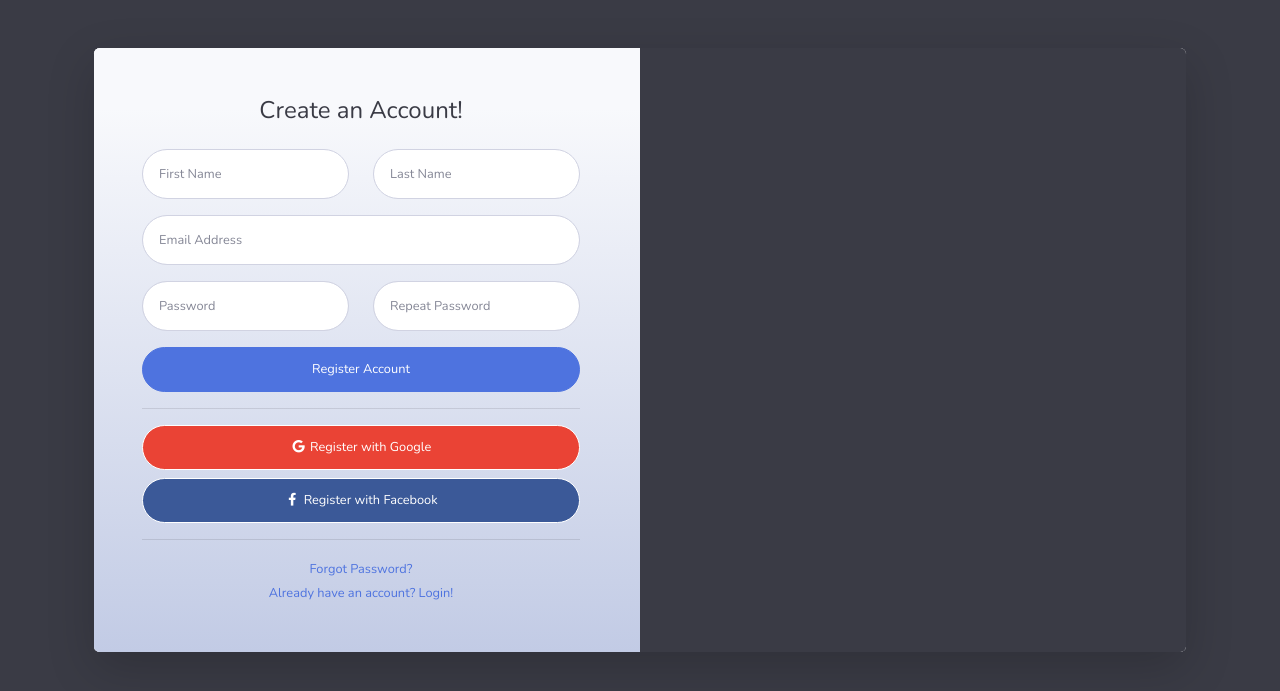
Repository: TuanLe8899/SpringBootProject
Page: http://localhost/register
An editor plug-in stored every save of this project. The page is shown before and after the next save, followed by the edit.
The browser window is 1280 px wide. The pictures show the whole page.
The page is this project's Thymeleaf template; nobody is signed in. The template is opened directly, without the code that normally fills it, so the values that code supplies are empty.

Above is the page before, as saved 2022-08-24 14:58:47.

After the next save:
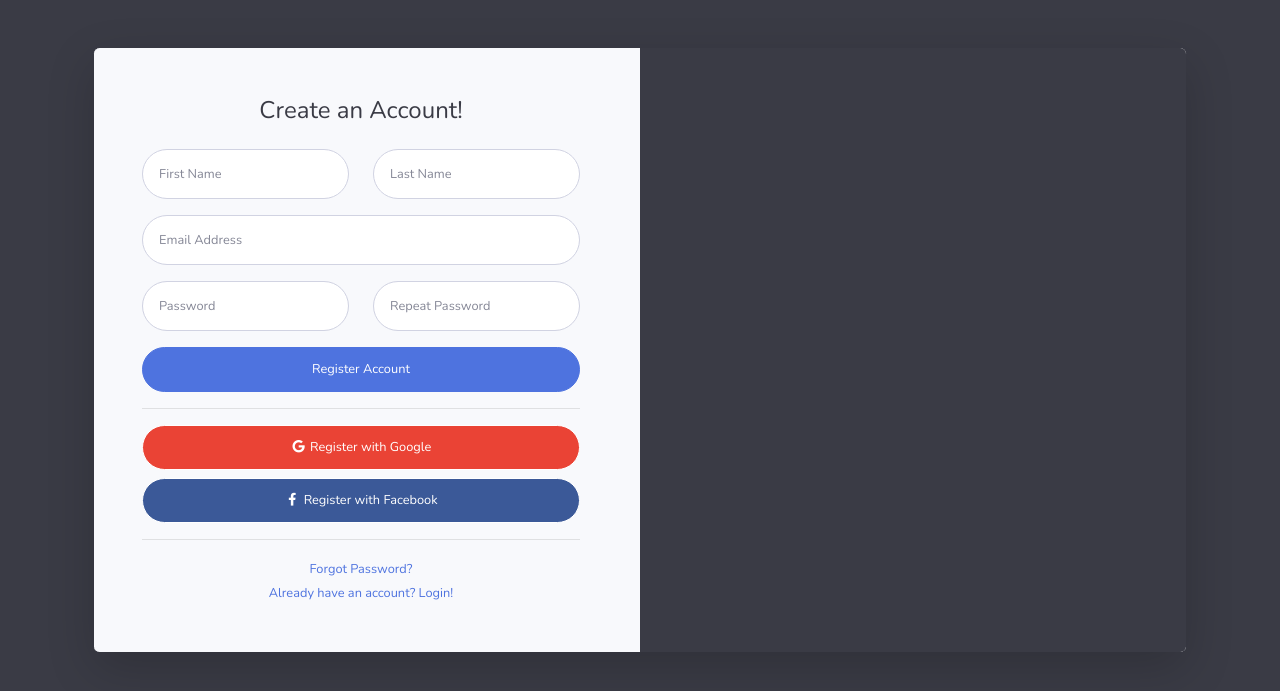
Saved 26 s later.
--- a/complaint_management/src/main/resources/templates/register.html
+++ b/complaint_management/src/main/resources/templates/register.html
@@ -31,7 +31,7 @@
             <div class="card-body p-0">
                 <!-- Nested Row within Card Body -->
                 <div class="row bg-gray-900">
-                    <div class="col-6 bg-gradient-light">
+                    <div class="col-6 bg-gray-100">
                         <div class="p-5">
                             <div class="text-center">
                                 <h1 class="h4 text-gray-900 mb-4">Create an Account!</h1>
